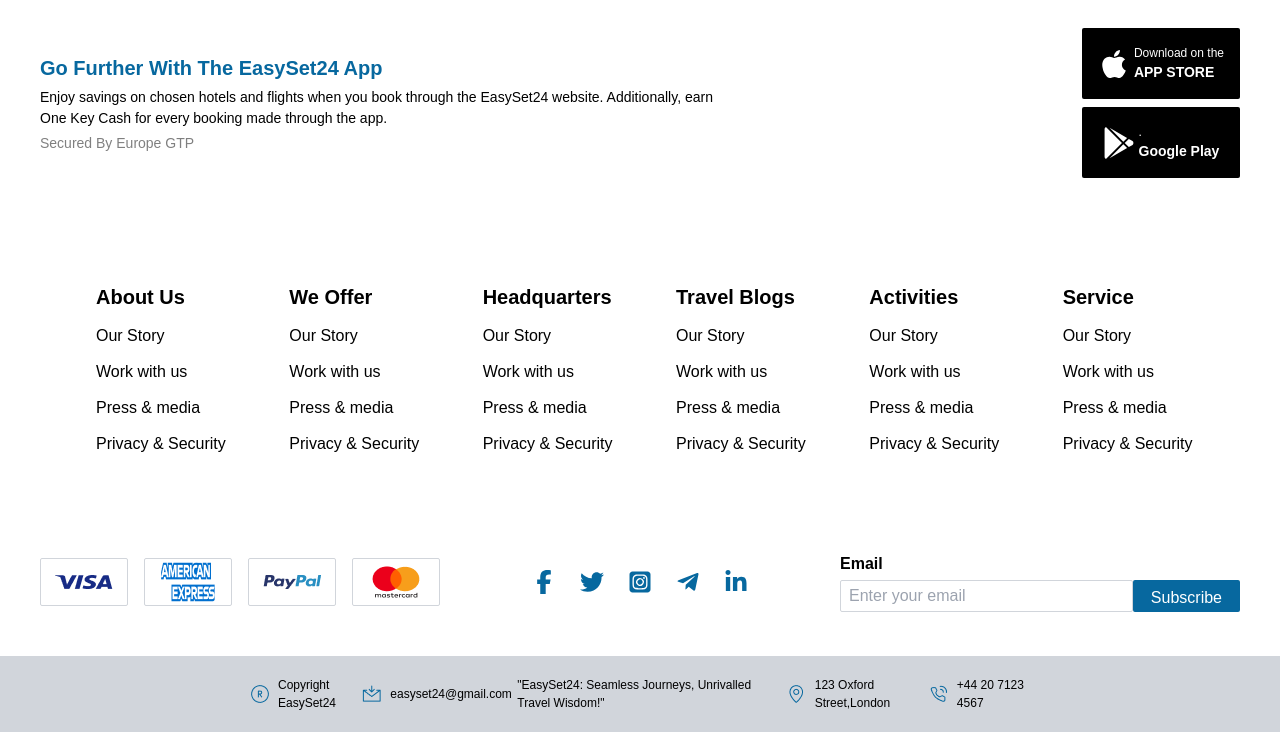
Repository: Quynhhuong150322/DIKO_STUDY_TRAVEL_WEB
Page: /
The author's editor kept a copy of each file at every save. The page is drawn from the files as they stood at one save, then again after the next save.
The browser window is 1280 px wide. The pictures show the part of the page from y = 4838 to 5570 px (the page is 5570 px tall before and 5538 px after).
The project was rebuilt for these pictures with package versions that can differ from the ones it lists, and the page was loaded fresh each time. Also part of the build but not shown: src/components/Login.js, src/components/Register.js. Imported but missing from the stored project, and not drawn on this page: src/redux/slices/authSlice.

Above is the page before, as saved 2024-02-26 11:03:34.

### src/index.css
@tailwind base;
@tailwind components;
@tailwind utilities;

@import url("https://fonts.googleapis.com/css2?family=Poppins:wght@100;300;400;500;600&display=swap");

@layer base {
  html {
    font-family: "Poppins", sans-serif;
  }
  * {
    margin: 0;
    padding: 0;
    box-sizing: border-box;
    scroll-behavior: smooth;
    /* background-color: #F9F9F9; */
  }
}

@layer components {
  .max-container {
    max-width: 1260px;
    /* min-height: 100vh; */
    margin: 0 auto;
    padding: 0 30px;
    /* display: flex; */
    /* flex-direction: column; */
    justify-content: space-between;
  }
  .button {
    width: 189px;
    /* height: 40px; */
    border-style: solid;
    border-width: 2px;
    border-color: #07689F;
    color: #07689F;
  }
  .tabMenu {
    width: 121px;
    height: 40px;
    color: #D9D9D9;
    border-style: solid;
    border-width: 2px;
    border-color: #D9D9D9;
    color: #D9D9D9;
    border-radius: 9999px;
  }
  .tabSearch {
    /* max-width: 1190px; */
    height: 56px;
    border-style: solid;
    border-width: 1px;
    border-color: #D9D9D9;
    padding: 0 16px;
    font-size: 12px;
  }

}

### src/App.js
import React from "react";
import Navbar from "./components/Navbar";
import Footer from "./components/Footer";
import AppRoutes from "./routes/AppRoutes";
import { BrowserRouter as Router } from "react-router-dom";
import CopyRight from "./components/CopyRight";

const App = () => {
  return (
    <Router>
      <div className="">
        <div className="max-container">
          <Navbar />
        </div>
        <div>
          <AppRoutes />
        </div>
        <div className="max-container">
          <Footer />
        </div>
        <div >
          <CopyRight />
        </div>
      </div>
    </Router>
  );
};

export default App;

### src/redux/store.js
import { configureStore } from "@reduxjs/toolkit";
import authReducer from "./slices/authSlice";

export const store = configureStore({
  reducer: {
    users: authReducer,
  },
});

### src/components/Navbar.js
import React from 'react'
import Logo from '../assets/images/Header/Logo.png'
import EL from '../assets/images/Header/England.png'
import { FaRegQuestionCircle } from "react-icons/fa";
import { LuSearch } from "react-icons/lu";

const MenuData = [
    {
        id: 1,
        name: 'Trip',
    },
    {
        id: 2,
        name: '%Deals',
    },
    {
        id: 3,
        name: 'Hotel',
    },
    {
        id: 4,
        name: 'Flight',
    },
    {
        id: 5,
        name: 'Apartment',
    },
    {
        id: 6,
        name: 'Camper',
    },
]

const Navbar = () => {
    return (
        <div className='bg-neutral py-[24px]'>
            <div className="flex flex-col gap-10">
                {/* Header Section  */}
                <div className='flex gap-2 items-center'>
                    <img src={Logo} alt="" />
                    <div className='flex gap-7 items-center'>
                        <div className="flex gap-1 items-center">
                            <FaRegQuestionCircle className='text-primary' />
                            <img src={EL} alt="" className='w-7 h-7' />
                            {/* Search  */}
                            <div className="relative flex items-center">
                                <input
                                    type="text"
                                    placeholder="search"
                                    className="w-[605px] h-[32px] rounded-sm border border-gray-300 px-2 py-1 focus:outline-none focus:border-1 focus:border-primary"
                                />
                                <LuSearch className="text-gray-500 group-hover:text-primary absolute top-1/2 -translate-y-1/2 right-3 cursor-pointer" />
                            </div>
                        </div>
                        <div className='flex gap-2 items-center'>
                            <button className='button border-primary bg-neutral hover:scale-105 py-2 px-4 rounded-sm'>
                                Sing In
                            </button>
                            <button className='button border-primary bg-neutral hover:scale-105 py-2 px-4 rounded-sm'>
                                Register
                            </button>
                        </div>
                    </div>
                    <div>
                    </div>
                </div>
                {/* Upper Nav  */}
                <div className=''>
                    <div className=' '>
                        <ul className='flex justify-center gap-4'>
                            {
                                MenuData.map((data) => (
                                    <button key={data.id} className='text-pri tabMenu focus:bg-primary focus:text-white focus:font-bold focus:border-primary inline-block hover:text-primary' >
                                        {data.name}
                                    </button>
                                ))
                            }
                        </ul>
                    </div>
                </div>
            </div>
        </div>
    )
}

export default Navbar

### src/components/Footer.js
import React from 'react'
import img1 from '../assets/images/Footer/visa-logo.png'
import img2 from '../assets/images/Footer/Amex.png'
import img3 from '../assets/images/Footer/International.png'
import img4 from '../assets/images/Footer/Masterrcard.png'
import { FaFacebookF } from "react-icons/fa6";
import { FaTwitter } from "react-icons/fa";
import { FaSquareInstagram } from "react-icons/fa6";
import { FaTelegramPlane } from "react-icons/fa";
import { FaLinkedinIn } from "react-icons/fa6";
import { FaApple } from "react-icons/fa6";
import { FaGooglePlay } from "react-icons/fa6";
// import { CiMail } from "react-icons/ci";


const AboutUsList = [
  {
    id: 1,
    title: "Our Story",
    link: "/#",
  },
  {
    id: 2,
    title: "Work with us",
    link: "/#",
  },
  {
    id: 3,
    title: "Press & media",
    link: "/#",
  },
  {
    id: 4,
    title: "Privacy & Security",
    link: "/#",
  },
]
const ImgList = [
  {
    id: 1,
    img: img1,
  },
  {
    id: 2,
    img: img2,
  },
  {
    id: 3,
    img: img3,
  },
  {
    id: 4,
    img: img4,
  }
]
const IconsList = [
  {
    id: 1,
    icon: FaFacebookF,
  },
  {
    id: 2,
    icon: FaTwitter,
  },
  {
    id: 3,
    icon: FaSquareInstagram,
  },
  {
    id: 4,
    icon: FaTelegramPlane,
  },
  {
    id: 5,
    icon: FaLinkedinIn,
  },
]
const AppList = [
  {
    id: 1,
    icon: FaApple,
    title1: 'Download on the',
    title2: 'APP STORE',
  },
  {
    id: 2,
    icon: FaGooglePlay,
    title1: '.',
    title2: 'Google Play',
  },
]


const Footer = () => {
  return (
    <div className=''>
      {/* Go Further With The EasySet24 App */}
      <div className='flex items-center justify-between py-7'>
        <div className='basis-7/12 flex flex-col gap-1'>
          <h2 className='font-bold text-primary text-xl'>
            Go Further With The EasySet24 App
          </h2>
          <p className='text-ba '>
            Enjoy savings on chosen hotels and flights when you book through the EasySet24 website. Additionally, earn One Key Cash for every booking made through the app.
          </p>
          <p className='text-ba text-black/50'>
            Secured By Europe GTP
          </p>
        </div>
        {/* APP  */}
        <div className=''>
          <div className='flex flex-col gap-2'>
            {AppList.map((data) => (
              <div className='flex flex-row gap-1 items-center justify-center text-white bg-black rounded-sm p-4'>
                <data.icon className='text-2xl' />
                <div className='text-sm'>
                  <p>{data.title1} </p>
                  <p className='text-ba font-bold'>{data.title2}</p>
                </div>
              </div>
            ))}
          </div>
        </div>
      </div>
      <div className='py-11 flex flex-col  gap-16'>
        {/* footer menu  */}
        <div className='grid grid-cols-6 sm:grid-col col-span-2 md:pl-10'>
          <div className="py-8 px-4">
            <h1 className="sm:text-xl text-xl font-bold sm:text-left text-justify mb-3">
              About Us
            </h1>
            <ul className="flex flex-col gap-3">
              {AboutUsList.map((link) => (
                <li
                  className="cursor-pointer hover:text-primary hover:translate-x-1 duration-300 "
                  key={link.id}
                >
                  <span>{link.title}</span>
                </li>
              ))}
            </ul>
          </div>
          <div className="py-8 px-4">
            <h1 className="sm:text-xl text-xl font-bold sm:text-left text-justify mb-3">
              We Offer
            </h1>
            <ul className="flex flex-col gap-3">
              {AboutUsList.map((link) => (
                <li
                  className="cursor-pointer hover:text-primary hover:translate-x-1 duration-300 "
                  key={link.id}
                >
                  <span>{link.title}</span>
                </li>
              ))}
            </ul>
          </div>
          <div className="py-8 px-4">
            <h1 className="sm:text-xl text-xl font-bold sm:text-left text-justify mb-3">
              Headquarters
            </h1>
            <ul className="flex flex-col gap-3">
              {AboutUsList.map((link) => (
                <li
                  className="cursor-pointer hover:text-primary hover:translate-x-1 duration-300 "
                  key={link.id}
                >
                  <span>{link.title}</span>
                </li>
              ))}
            </ul>
          </div>
          <div className="py-8 px-4">
            <h1 className="sm:text-xl text-xl font-bold sm:text-left text-justify mb-3">
              Travel Blogs
            </h1>
            <ul className="flex flex-col gap-3">
              {AboutUsList.map((link) => (
                <li
                  className="cursor-pointer hover:text-primary hover:translate-x-1 duration-300 "
                  key={link.id}
                >
                  <span>{link.title}</span>
                </li>
              ))}
            </ul>
          </div>
          <div className="py-8 px-4">
            <h1 className="sm:text-xl text-xl font-bold sm:text-left text-justify mb-3">
              Activities
            </h1>
            <ul className="flex flex-col gap-3">
              {AboutUsList.map((link) => (
                <li
                  className="cursor-pointer hover:text-primary hover:translate-x-1 duration-300 "
                  key={link.id}
                >
                  <span>{link.title}</span>
                </li>
              ))}
            </ul>
          </div>
          <div className="py-8 px-4">
            <h1 className="sm:text-xl text-xl font-bold sm:text-left text-justify mb-3">
              Service
            </h1>
            <ul className="flex flex-col gap-3">
              {AboutUsList.map((link) => (
                <li
                  className="cursor-pointer hover:text-primary hover:translate-x-1 duration-300 "
                  key={link.id}
                >
                  <span>{link.title}</span>
                </li>
              ))}
            </ul>
          </div>
        </div>
        {/* footer logo  */}
        <div>
          <div className='grid grid-cols-3'>
            <div className='flex gap-4 items-center '>
              {
                ImgList.map((data) => (
                  <div className='border rounded-sm border-gray-300 w-[89.25px] h-[48px] flex justify-center items-center'>
                    <img src={data.img} alt=""></img>
                  </div>
                ))
              }
            </div>
            <div className='text-primary flex gap-6 text-xxl items-center justify-center' >
              {IconsList.map((data) => (
                <div key={data.id}>
                  <data.icon />
                </div>
              ))}
            </div>
            <div className='flex flex-col gap-1'>
              <h3 className='font-bold '>Email</h3>
              <div className='flex '>
                <input
                  type="text"
                  placeholder="Enter your email"
                  className="basis-10/12 h-[32px] rounded-sm border border-gray-300 px-2 py-1 focus:outline-none focus:border-1 focus:border-primary"
                />
                <button className='basis-1/4 h-[32px] button border-primary py-1 px-4 rounded-sm bg-primary text-white'>
                  Subscribe
                </button>
              </div>
            </div>
          </div>
        </div>
      </div>
    </div>
  )
}

export default Footer

### src/routes/AppRoutes.js
import React from "react";
import { Switch, Route } from "react-router-dom";
import Login from "../components/Login";
import Register from "../components/Register";
import Langding from "../pages/LangdingPage/Langding";
const AppRoutes = () => {
  return (
    <div>
      <Switch>
        <Route path="/login">
          <Login />
        </Route>
        <Route path="/register">
          <Register />
        </Route>
        <Route path="/" exact>
          <Langding />
        </Route>
        <Route path="*">
          <div className="">404 not Error...</div>
        </Route>
      </Switch>
    </div>
  );
};

export default AppRoutes;

### src/components/CopyRight.js
import React from 'react'
import iconEmail from '../assets/images/Footer/icons/copyright.png'
import iconEmail2 from '../assets/images/Footer/icons/email-down.png'
import iconEmail3 from '../assets/images/Footer/icons/local-two.png'
import iconEmail4 from '../assets/images/Footer//icons/phone-call.png'

const CopyrightList = [
    {
        id: 1,
        icons: iconEmail,
        title: 'Copyright EasySet24',
    },
    {
        id: 2,
        icons: iconEmail2,
        title: 'easyset24@gmail.com',
    },
    {
        id: 3,
        icons: '',
        title: '"EasySet24: Seamless Journeys, Unrivalled Travel Wisdom!"',
    },
    {
        id: 4,
        icons: iconEmail3,
        title: '123 Oxford Street,London',
    },
    {
        id: 5,
        icons: iconEmail4,
        title: '+44 20 7123 4567',
    },
]

const CopyRight = () => {
    return (
        <div>
            <div className='bg-gray-300 py-5 px-[250px]'>
                <div className='text-black flex gap-2 text-sm items-center justify-between' >
                    {CopyrightList.map((data) => (
                        <div className='flex flex-row gap-2 items-center justify-center' key={data.id}>
                            <img src={data.icons} alt="" />
                            <p >{data.title}</p>
                        </div>
                    ))}
                </div>
            </div>
        </div>
    )
}

export default CopyRight

### tailwind.config.js
/** @type {import('tailwindcss').Config} */
module.exports = {
  content: ["./src/**/*.{js,jsx,ts,tsx}"],
  theme: {
    extend: {
      colors: {
        primary: "#07689F",
        secondary: "#D9D9D9",
        neutral: "#F9F9F9",
        pri: "#A6A6A6",
      },
      fontSize: {
        sm: '12px',
        'ba': '14px',
        base: '16px',
        'l': '10px',
        xl: '20px',
        'xxl': '24px',
        '2xl': '32px',
        '3xl': '40px',
        '4xl': '44px',
        // '5xl': '3.052rem',
      },
    },
  },
  plugins: [],
};

Loaded but not shown: public/index.html (common file); src/index.js (common file); src/reportWebVitals.js (common file); src/pages/LangdingPage/Langding.js (325 lines, source omitted)

After the next save:
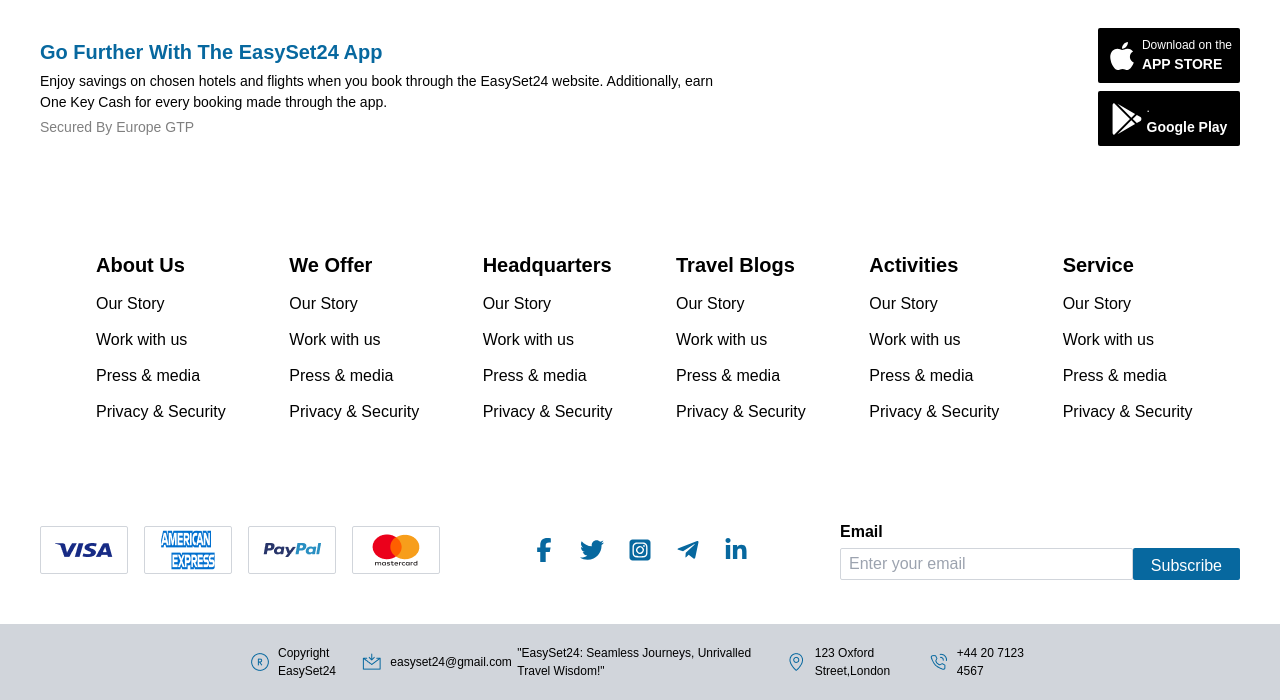
Saved 5 s later.
--- a/src/components/Footer.js
+++ b/src/components/Footer.js
@@ -111,7 +111,7 @@ const Footer = () => {
         <div className=''>
           <div className='flex flex-col gap-2'>
             {AppList.map((data) => (
-              <div className='flex flex-row gap-1 items-center justify-center text-white bg-black rounded-sm p-4'>
+              <div className='flex flex-row gap-1 items-center justify-center text-white bg-black rounded-sm p-2'>
                 <data.icon className='text-2xl' />
                 <div className='text-sm'>
                   <p>{data.title1} </p>
